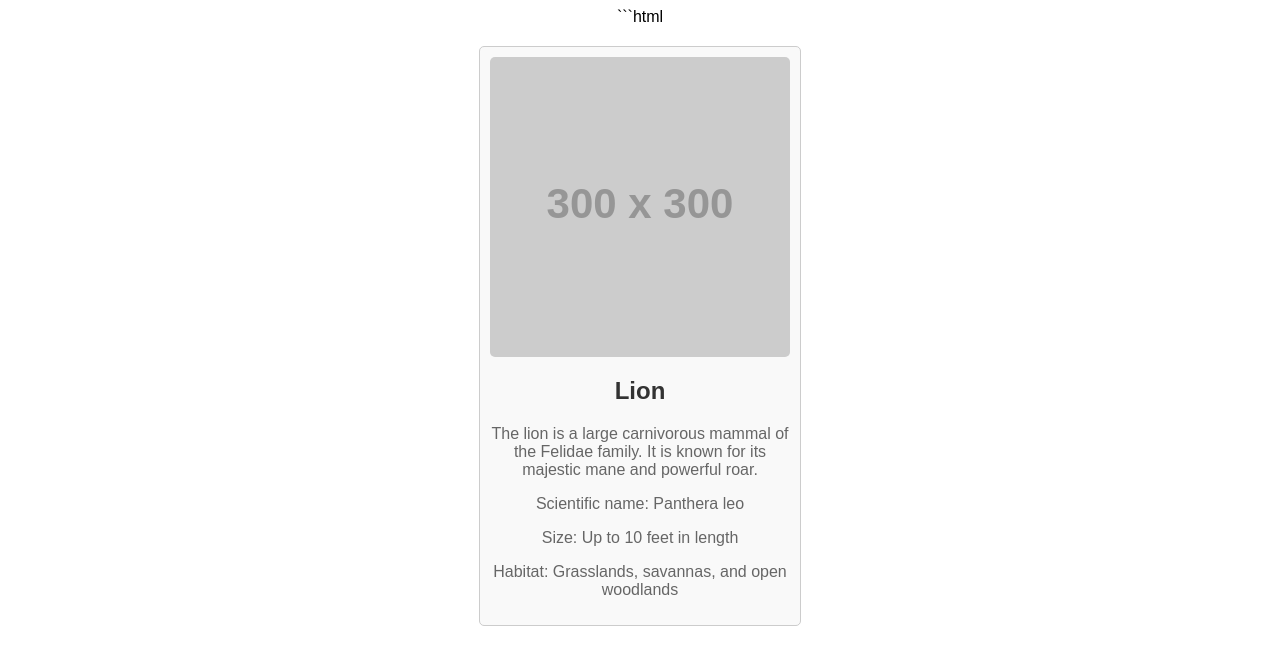
Repository: KingBoyMaylow/Animal-trading-card
Page: index.html
These files come from the project's save history. The page is drawn as it stood at one moment and after a run of saves; the edit follows.
The browser window is 1280 px wide. The pictures show the whole page.

Above is the page before, as saved 2024-05-13 21:25:18.

After the next 2 saves:
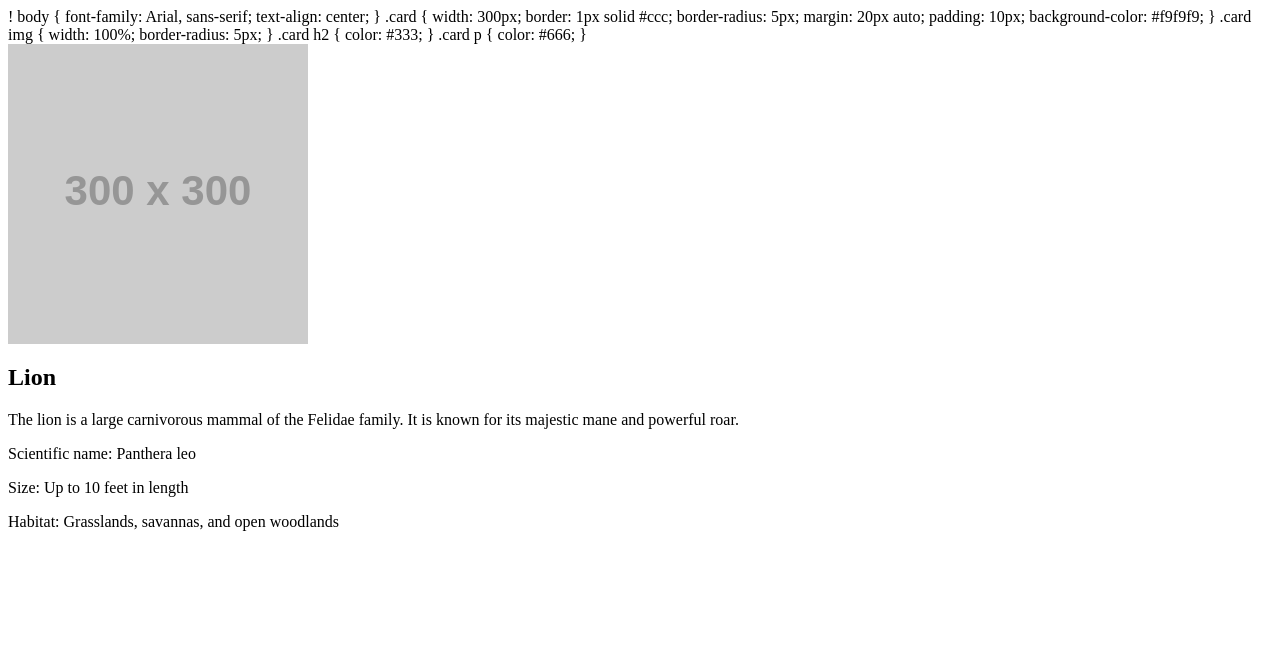
The 2 saves are shown as one change because they came seconds apart.
The last was saved 21 s later.
--- a/index.html
+++ b/index.html
@@ -1,11 +1,4 @@
-```html
-<!DOCTYPE html>
-<html lang="en">
-<head>
-<meta charset="UTF-8">
-<meta name="viewport" content="width=device-width, initial-scale=1.0">
-<title>Lion Trading Card</title>
-<style>
+!
     body {
         font-family: Arial, sans-serif;
         text-align: center;
